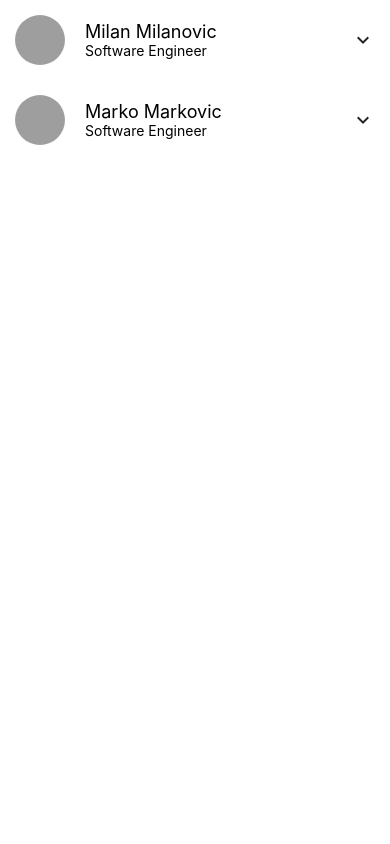
Repository: likanbl/intern-feature
Screen: /
The author's editor kept a copy of each file at every save. The screen is drawn from the files as they stood at one save, then again after the next save.
Pictures or frames that could not be fetched are drawn as grey boxes. The app was drawn by React Native's web renderer in a window 390 px wide. The project was rebuilt for these pictures with package versions that can differ from the ones it lists, and the page was loaded fresh each time.

Above is the screen before, as saved 2019-09-16 14:37:05.

### App.js
import React, {Component} from 'react';

import InternScreen from './src/components/intern-feature/InternScreen';

export default class App extends Component {
  render() {
    return <InternScreen></InternScreen>;
  }
}

### src/components/intern-feature/InternScreen.js
import React, {Component} from 'react';
import {View, FlatList, Text, StyleSheet} from 'react-native';
import Data from './InternData';
import {InternItems} from './InternItems';

export default class InterScreen extends Component {
  renderItem = ({item}) => <InternItems item={item} />;

  render() {
    return (
      <View>
        <FlatList
          data={Data}
          renderItem={this.renderItem}
          keyExtractor={Data.id}
        />
      </View>
    );
  }
}

### src/components/intern-feature/InternData.js
export default [
  {
    Name: 'Milan Milanovic',
    role: 'Software Engineer',
    additionalInfo:
      'Lorem ipsum dolor sit amet, consectetur adipiscing elit, sed do eiusmod tempor incididunt ut labore et dolore magna aliqua.',
  },

  {
    Name: 'Marko Markovic',
    role: 'Software Engineer',
    additionalInfo:
      'Lorem ipsum dolor sit amet, consectetur adipiscing elit, sed do eiusmod tempor incididunt ut labore et dolore magna aliqua.',
  },
];

### src/components/intern-feature/InternItems.js
import React, {Component, useState} from 'react';
import {View, Text, Image, TouchableWithoutFeedback} from 'react-native';
import PropTypes from 'prop-types';
import {images} from '../../assets/images';
import {Avatar, Icon} from 'react-native-elements';
import styles from './styles';

const propTypes = {
  item: PropTypes.object,
};

export function InternItems(props) {
  const [isOpen, setIsOpen] = useState(false);

  return (
    <View style={styles.card}>
      <View style={styles.cardContainer}>
        <TouchableWithoutFeedback
          onPress={() => {
            setIsOpen(!isOpen);
          }}>
          <View style={styles.titleContainer}>
            <View>
              <Avatar
                size="medium"
                rounded
                source={{
                  uri:
                    'https://s3.amazonaws.com/uifaces/faces/twitter/ladylexy/128.jpg',
                }}
              />
            </View>
            <View style={styles.nameRole}>
              <Text style={styles.title}>{props.item.Name}</Text>
              <Text style={styles.role}>{props.item.role}</Text>
              <Text style={styles.role}>{props.item.skills}</Text>
            </View>
            <Icon name={isOpen ? 'keyboard-arrow-up' : 'keyboard-arrow-down'} />
          </View>
        </TouchableWithoutFeedback>
        {isOpen && (
          <View style={styles.titleContainer}>
            <Text style={styles.description}>{props.item.additionalInfo}</Text>
          </View>
        )}
      </View>
    </View>
  );
}

InternItems.propTypes = propTypes;

### src/assets/images.js
export const images = {
  expand: require('../../resources/expand.png'),
  close: require('../../resources/close.png'),
};

### src/components/intern-feature/styles.js
import {StyleSheet} from 'react-native';

export default StyleSheet.create({
  backgroundScreen: {
    flex: 1,
    padding: 15,
    backgroundColor: '#FCFCFF',
  },
  cardContainer: {
    flex: 1,
    flexDirection: 'column',
    elevation: 1,
    borderRadius: 5,
    backfaceVisibility: 'hidden',
    backgroundColor: 'white',

    padding: 15,
  },
  avatarContainer: {
    flex: 1,
    alignItems: 'flex-start',
    justifyContent: 'center',
  },
  nameRole: {
    flex: 2,
    alignItems: 'flex-start',
    justifyContent: 'center',
    marginLeft: 20,
  },

  titleContainer: {
    flexDirection: 'row',
    justifyContent: 'space-around',
    alignItems: 'center',
  },
  title: {
    flex: 1,
    fontSize: 18,
  },
  role: {
    flex: 1,
    fontSize: 14,
  },
  description: {
    flex: 1,
    fontSize: 22,
    color: 'gray',
    paddingTop: 10,
  },
  image: {
    width: 20,
    height: 20,
  },
});

After the next save:
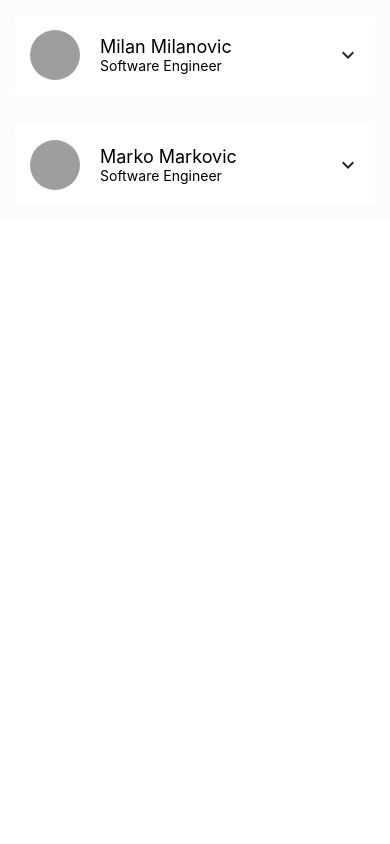
Saved 15 s later.
--- a/src/components/intern-feature/InternItems.js
+++ b/src/components/intern-feature/InternItems.js
@@ -13,7 +13,7 @@ export function InternItems(props) {
   const [isOpen, setIsOpen] = useState(false);
 
   return (
-    <View style={styles.card}>
+    <View style={styles.backgroundScreen}>
       <View style={styles.cardContainer}>
         <TouchableWithoutFeedback
           onPress={() => {
